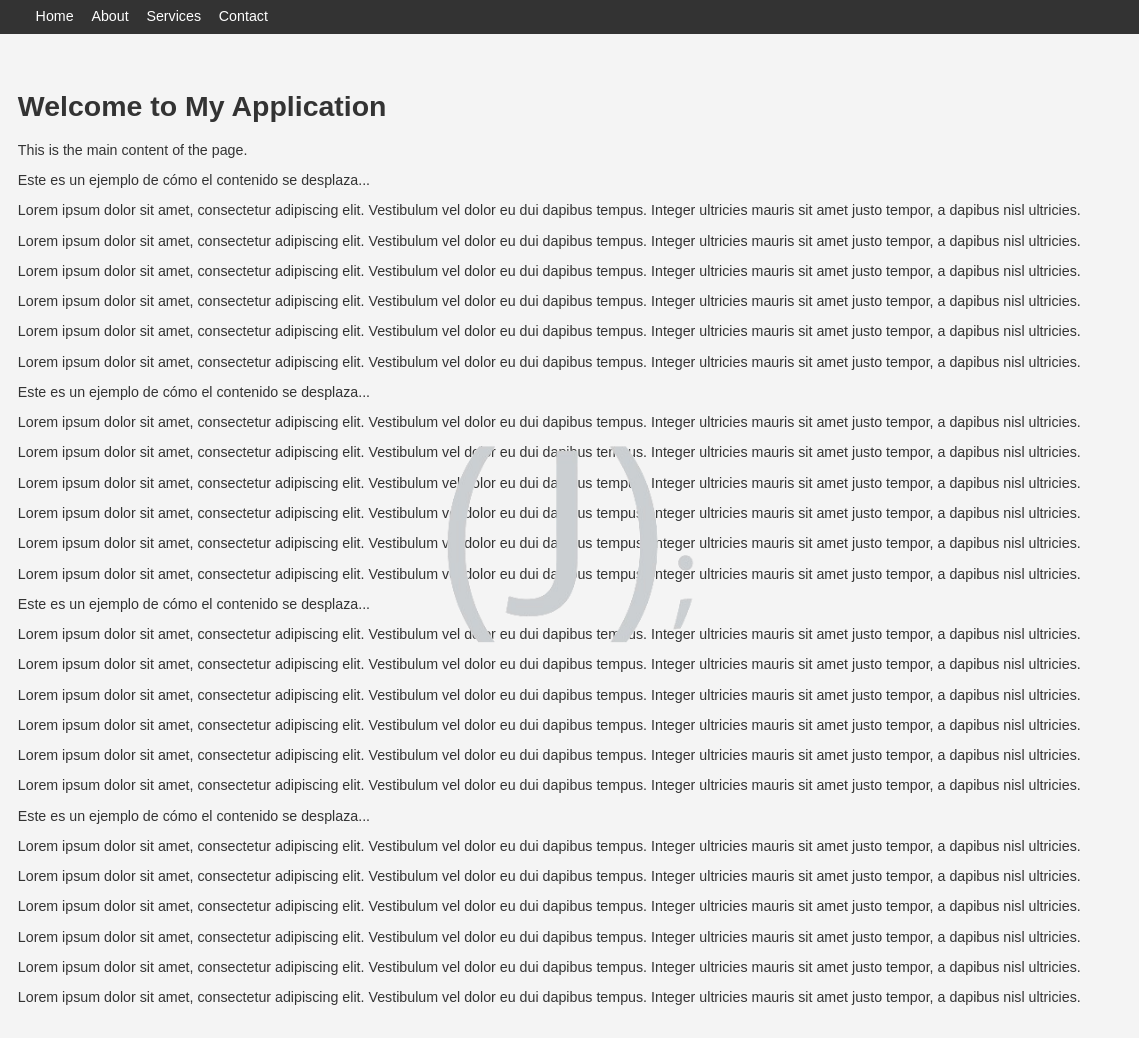
Repository: JoyMoGas/HelujaArc
Page: http://localhost/
An editor plug-in stored every save of this project. The page is shown before and after the next save, followed by the edit.
The browser window is 1280 px wide. The pictures show the whole page, at 89% of full size.
The page is served by the project's application, run on Flask 3 (run.py).

Above is the page before, as saved 2024-08-11 15:23:31.
Console error: TypeError: Cannot read properties of null (reading 'style')

### templates/index.html
<!DOCTYPE html>
<html lang="en">
<head>
    <meta charset="UTF-8">
    <meta name="viewport" content="width=device-width, initial-scale=1.0">
    <title>Mi Aplicación</title>
    <!-- Incluir hoja de estilo -->
    <link rel="stylesheet" href="{{ url_for('static', filename='style.css') }}">
</head>
<body>
    <nav class="navbar">
        <div class="navbar-logo" id="navbar-logo">
            <img src="{{ url_for('static', filename='logo.png') }}" alt="Logo">
        </div>
        <ul class="navbar-links">
            <li><a href="#">Home</a></li>
            <li><a href="#">About</a></li>
            <li><a href="#">Services</a></li>
            <li><a href="#">Contact</a></li>
        </ul>
    </nav>
    <div class="content">
        <div id="body-logo">
            <img src="{{ url_for('static', filename='logo.png') }}" alt="Logo">
        </div>
        <!-- Contenido de la página -->
        <h1>Welcome to My Application</h1>
        <p>This is the main content of the page.</p>

        <p>Este es un ejemplo de cómo el contenido se desplaza...</p>
    <p>Lorem ipsum dolor sit amet, consectetur adipiscing elit. Vestibulum vel dolor eu dui dapibus tempus. Integer ultricies mauris sit amet justo tempor, a dapibus nisl ultricies.</p>
    <p>Lorem ipsum dolor sit amet, consectetur adipiscing elit. Vestibulum vel dolor eu dui dapibus tempus. Integer ultricies mauris sit amet justo tempor, a dapibus nisl ultricies.</p>
    <p>Lorem ipsum dolor sit amet, consectetur adipiscing elit. Vestibulum vel dolor eu dui dapibus tempus. Integer ultricies mauris sit amet justo tempor, a dapibus nisl ultricies.</p>
    <p>Lorem ipsum dolor sit amet, consectetur adipiscing elit. Vestibulum vel dolor eu dui dapibus tempus. Integer ultricies mauris sit amet justo tempor, a dapibus nisl ultricies.</p>
    <p>Lorem ipsum dolor sit amet, consectetur adipiscing elit. Vestibulum vel dolor eu dui dapibus tempus. Integer ultricies mauris sit amet justo tempor, a dapibus nisl ultricies.</p>
    <p>Lorem ipsum dolor sit amet, consectetur adipiscing elit. Vestibulum vel dolor eu dui dapibus tempus. Integer ultricies mauris sit amet justo tempor, a dapibus nisl ultricies.</p>
    <p>Este es un ejemplo de cómo el contenido se desplaza...</p>
    <p>Lorem ipsum dolor sit amet, consectetur adipiscing elit. Vestibulum vel dolor eu dui dapibus tempus. Integer ultricies mauris sit amet justo tempor, a dapibus nisl ultricies.</p>
    <p>Lorem ipsum dolor sit amet, consectetur adipiscing elit. Vestibulum vel dolor eu dui dapibus tempus. Integer ultricies mauris sit amet justo tempor, a dapibus nisl ultricies.</p>
    <p>Lorem ipsum dolor sit amet, consectetur adipiscing elit. Vestibulum vel dolor eu dui dapibus tempus. Integer ultricies mauris sit amet justo tempor, a dapibus nisl ultricies.</p>
    <p>Lorem ipsum dolor sit amet, consectetur adipiscing elit. Vestibulum vel dolor eu dui dapibus tempus. Integer ultricies mauris sit amet justo tempor, a dapibus nisl ultricies.</p>
    <p>Lorem ipsum dolor sit amet, consectetur adipiscing elit. Vestibulum vel dolor eu dui dapibus tempus. Integer ultricies mauris sit amet justo tempor, a dapibus nisl ultricies.</p>
    <p>Lorem ipsum dolor sit amet, consectetur adipiscing elit. Vestibulum vel dolor eu dui dapibus tempus. Integer ultricies mauris sit amet justo tempor, a dapibus nisl ultricies.</p>
    <p>Este es un ejemplo de cómo el contenido se desplaza...</p>
    <p>Lorem ipsum dolor sit amet, consectetur adipiscing elit. Vestibulum vel dolor eu dui dapibus tempus. Integer ultricies mauris sit amet justo tempor, a dapibus nisl ultricies.</p>
    <p>Lorem ipsum dolor sit amet, consectetur adipiscing elit. Vestibulum vel dolor eu dui dapibus tempus. Integer ultricies mauris sit amet justo tempor, a dapibus nisl ultricies.</p>
    <p>Lorem ipsum dolor sit amet, consectetur adipiscing elit. Vestibulum vel dolor eu dui dapibus tempus. Integer ultricies mauris sit amet justo tempor, a dapibus nisl ultricies.</p>
    <p>Lorem ipsum dolor sit amet, consectetur adipiscing elit. Vestibulum vel dolor eu dui dapibus tempus. Integer ultricies mauris sit amet justo tempor, a dapibus nisl ultricies.</p>
    <p>Lorem ipsum dolor sit amet, consectetur adipiscing elit. Vestibulum vel dolor eu dui dapibus tempus. Integer ultricies mauris sit amet justo tempor, a dapibus nisl ultricies.</p>
    <p>Lorem ipsum dolor sit amet, consectetur adipiscing elit. Vestibulum vel dolor eu dui dapibus tempus. Integer ultricies mauris sit amet justo tempor, a dapibus nisl ultricies.</p>
    <p>Este es un ejemplo de cómo el contenido se desplaza...</p>
    <p>Lorem ipsum dolor sit amet, consectetur adipiscing elit. Vestibulum vel dolor eu dui dapibus tempus. Integer ultricies mauris sit amet justo tempor, a dapibus nisl ultricies.</p>
    <p>Lorem ipsum dolor sit amet, consectetur adipiscing elit. Vestibulum vel dolor eu dui dapibus tempus. Integer ultricies mauris sit amet justo tempor, a dapibus nisl ultricies.</p>
    <p>Lorem ipsum dolor sit amet, consectetur adipiscing elit. Vestibulum vel dolor eu dui dapibus tempus. Integer ultricies mauris sit amet justo tempor, a dapibus nisl ultricies.</p>
    <p>Lorem ipsum dolor sit amet, consectetur adipiscing elit. Vestibulum vel dolor eu dui dapibus tempus. Integer ultricies mauris sit amet justo tempor, a dapibus nisl ultricies.</p>
    <p>Lorem ipsum dolor sit amet, consectetur adipiscing elit. Vestibulum vel dolor eu dui dapibus tempus. Integer ultricies mauris sit amet justo tempor, a dapibus nisl ultricies.</p>
    <p>Lorem ipsum dolor sit amet, consectetur adipiscing elit. Vestibulum vel dolor eu dui dapibus tempus. Integer ultricies mauris sit amet justo tempor, a dapibus nisl ultricies.</p>
    </div>
    <script src="{{ url_for('static', filename='scripts.js') }}"></script>
</body>
</html>

### static/style.css
/* Estilo para el cuerpo de la página */
body {
    margin: 0;
    font-family: Arial, sans-serif;
    background-color: #f4f4f4; /* Color de fondo del body */
    color: #333; /* Color del texto del body */
    position: relative; /* Necesario para la posición del logotipo */
}

/* Estilo para la navbar */
.navbar {
    position: fixed;
    top: 0;
    width: 100%;
    background-color: #333; /* Color de fondo de la navbar */
    color: white;
    display: flex;
    align-items: center;
    justify-content: space-between;
    padding: 10px 20px;
    z-index: 1000; /* Asegura que la navbar esté por encima de otros contenidos */
}

/* Logo en la navbar */
.navbar-logo {
    position: fixed;
    top: 10px;
    left: 20px; /* Ajusta según la ubicación deseada en la navbar */
    width: 60px; /* Tamaño del logotipo en la navbar */
    height: auto;
    transition: transform 0.5s ease, width 0.5s ease, height 0.5s ease;
    display: none; /* Inicialmente oculto */
}

/* Define la animación de deslizamiento */
@keyframes slideToNavbar {
    0% {
        transform: translateY(0) translateX(0) scale(1);
    }
    100% {
        transform: translateY(calc(-50vh + 10px)) translateX(calc(-50vw + 20px)) scale(0.5);
    }
}

/* Estilos iniciales del logotipo en el body */
#body-logo {
    position: absolute;
    top: 50%;
    left: 50%;
    transform: translate(-50%, -50%);
    transition: transform 0.5s ease, width 0.5s ease, height 0.5s ease;
}

/* Aplica los estilos cuando el usuario hace scroll */
.scrolled #body-logo {
    display: none; /* Oculta el logotipo en el body */
}

.scrolled .navbar-logo {
    display: block; /* Muestra el logotipo en la navbar */
    animation: slideToNavbar 1s forwards; /* Aplica la animación */
}

/* Estilos para los enlaces en la navbar */
.navbar-links {
    list-style: none;
    margin: 0;
    padding: 0;
    display: flex;
}

.navbar-links li {
    margin-left: 20px;
}

.navbar-links a {
    color: white;
    text-decoration: none;
    font-size: 16px;
    transition: color 0.3s ease;
}

.navbar-links a:hover {
    color: #ddd; /* Color del enlace al pasar el cursor */
}

/* Contenido de la página */
.content {
    padding: 20px;
    margin-top: 60px; /* Ajusta el margen superior para que el contenido no quede oculto debajo de la navbar */
}

### static/scripts.js
"use strict";
document.addEventListener('DOMContentLoaded', () => {
    window.scrollTo(0, 0);
    const logo = document.getElementById('logo');
    const handleScroll = () => {
        if (window.scrollY > 50) {
            logo.style.position = 'fixed';
            logo.style.top = '0px';
            logo.style.left = '120px';
            logo.style.height = '100px';
            logo.style.transform = 'translateX(0) scale(0.6)';
        }
        else {
            logo.style.position = 'absolute';
            logo.style.top = '250px';
            logo.style.left = '50%';
            logo.style.transform = 'translateX(-50%) scale(1)';
            logo.style.height = '250px';
        }
    };
    window.addEventListener('scroll', handleScroll);
    // Inicializa el estado del logotipo
    handleScroll();
});
window.addEventListener('scroll', () => {
    const navbar = document.querySelector('.navbar');
    if (window.scrollY > 50) {
        navbar.classList.add('scrolled');
    }
    else {
        navbar.classList.remove('scrolled');
    }
});
window.addEventListener('beforeunload', () => {
    window.scrollTo(0, 0);
});

Loaded but not shown: run.py (common file)

After the next save:
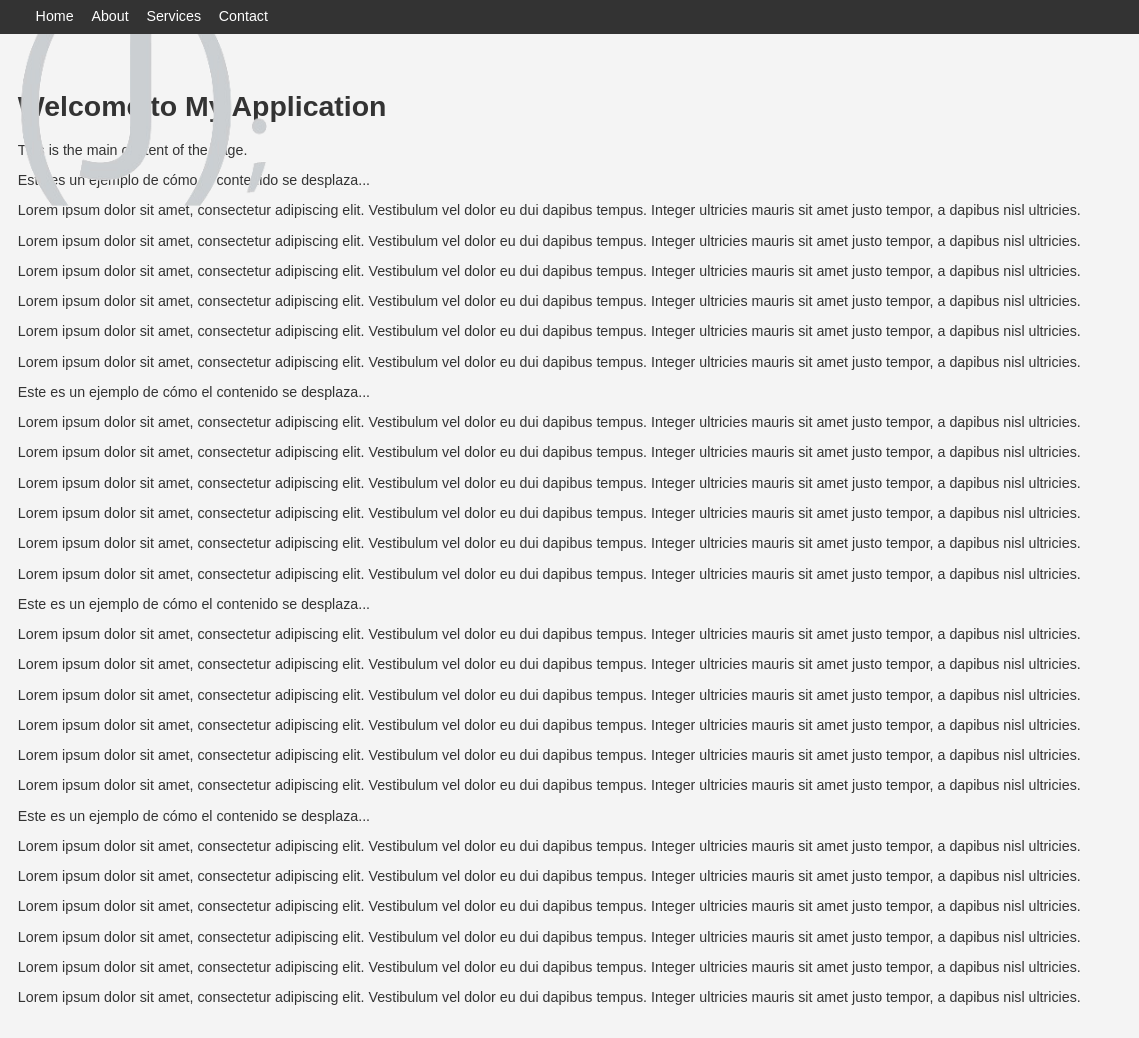
Saved 63 s later.
--- a/static/style.css
+++ b/static/style.css
@@ -23,7 +23,7 @@
 
 /* Logo en la navbar */
 .navbar-logo {
-    position: fixed;
+    position: absolute;
     top: 10px;
     left: 20px; /* Ajusta según la ubicación deseada en la navbar */
     width: 60px; /* Tamaño del logotipo en la navbar */
@@ -44,16 +44,17 @@
 
 /* Estilos iniciales del logotipo en el body */
 #body-logo {
-    position: absolute;
-    top: 50%;
-    left: 50%;
-    transform: translate(-50%, -50%);
+    position: fixed; /* Cambiado a fixed para que el logotipo permanezca visible en todo momento */
+    top: 10px;
+    left: 20px;
+    transform: translate(0, 0);
     transition: transform 0.5s ease, width 0.5s ease, height 0.5s ease;
+    z-index: 999; /* Asegura que el logotipo esté por encima del contenido */
 }
 
 /* Aplica los estilos cuando el usuario hace scroll */
 .scrolled #body-logo {
-    display: none; /* Oculta el logotipo en el body */
+    transform: translateY(calc(-50vh + 10px)) translateX(calc(-50vw + 20px)) scale(0.5);
 }
 
 .scrolled .navbar-logo {
